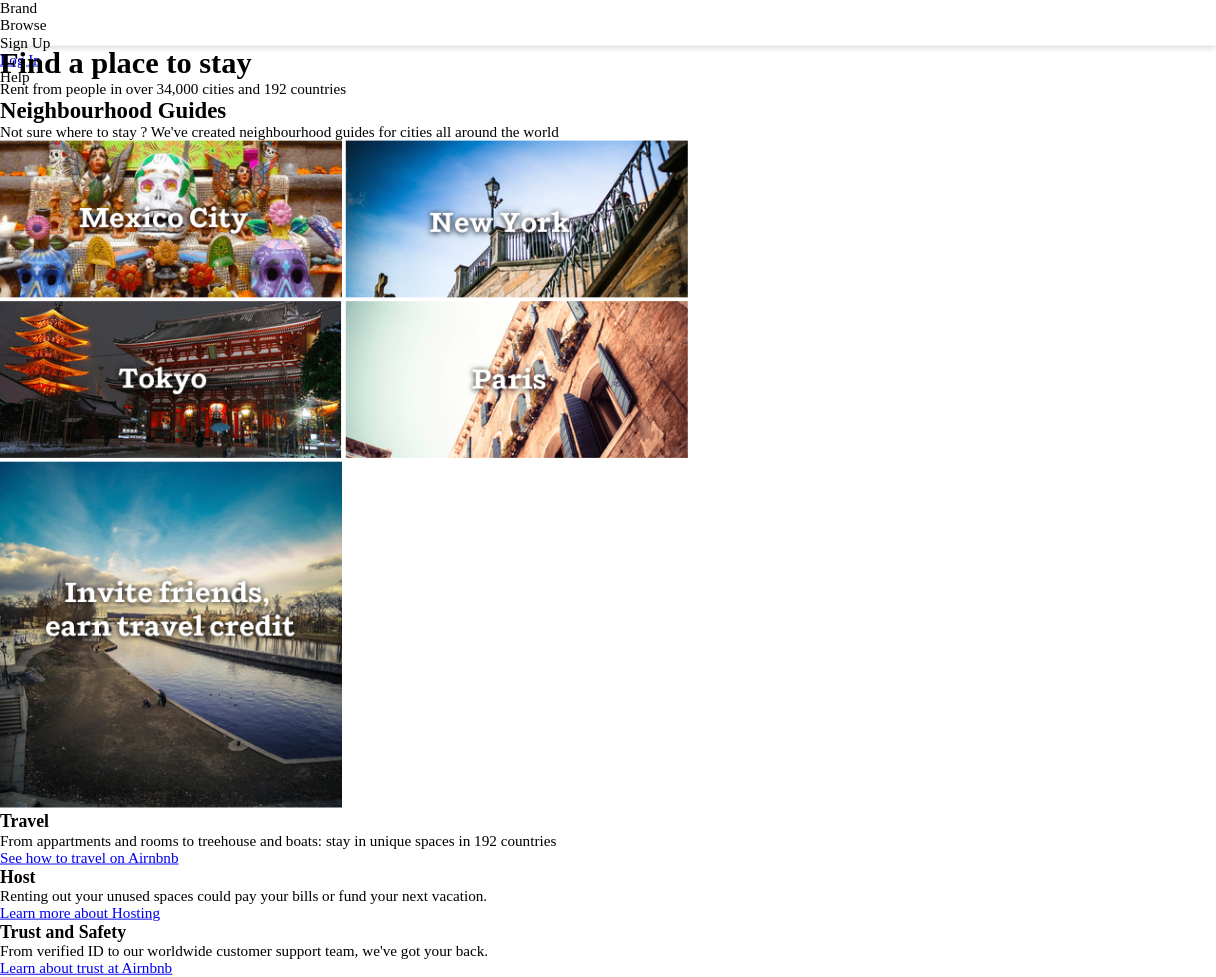
Repository: Naohonproject/web101x02_asm1
Page: Project2.html
These files come from the project's save history. The page is drawn as it stood at one moment and after the next save; the edit follows.
The browser window is 1280 px wide. The pictures show the whole page, at 95% of full size.

Above is the page before, as saved 2022-01-15 16:29:57.

After the next save:
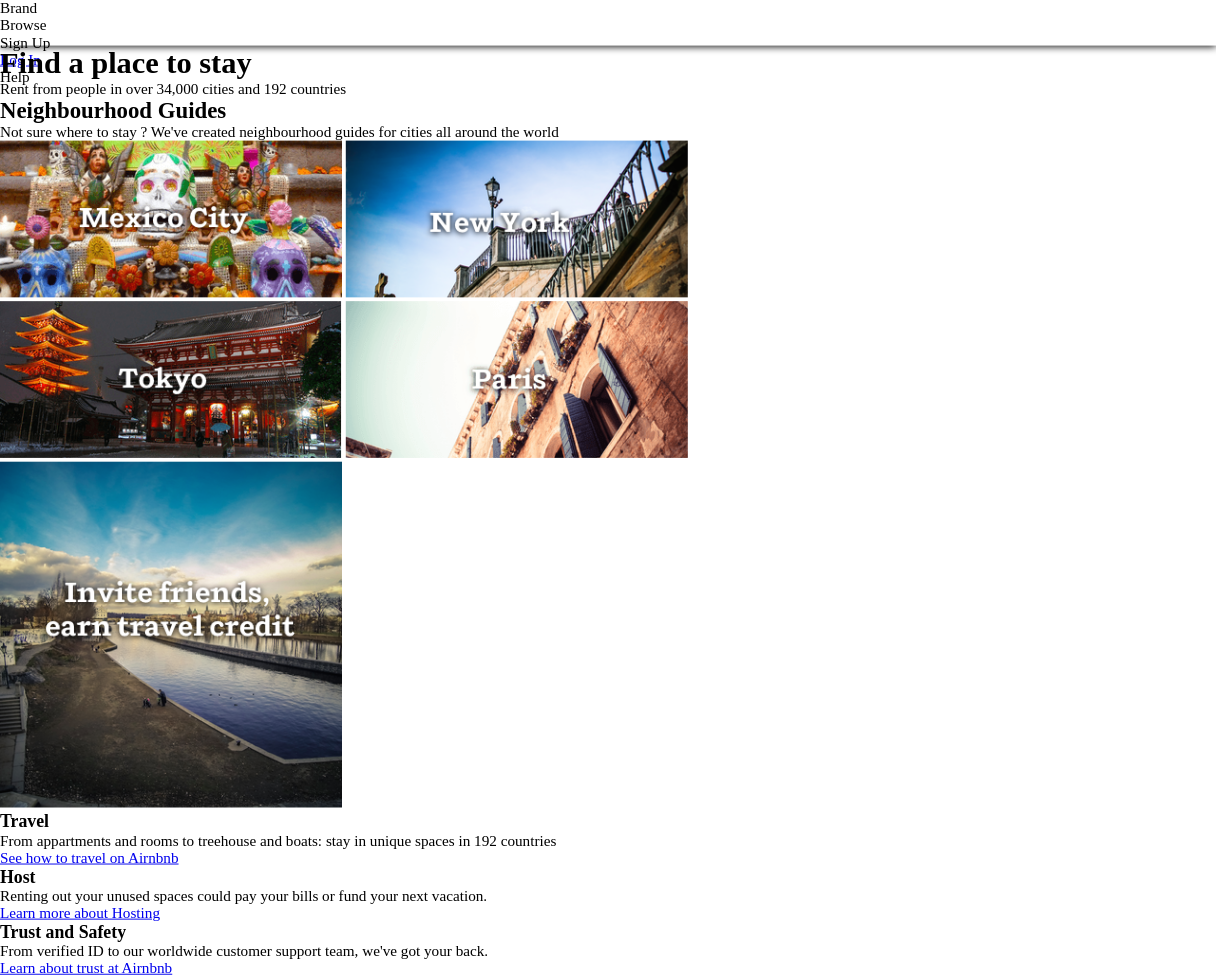
Saved 7 s later.
--- a/assets/css/style.css
+++ b/assets/css/style.css
@@ -24,6 +24,6 @@
 	height: 48px;
 	width: 100%;
 	background-color: #fff;
-	box-shadow: 0 1px 8px #ccc;
+	box-shadow: 0 1px 8px #000;
 	color: #000;
 }
